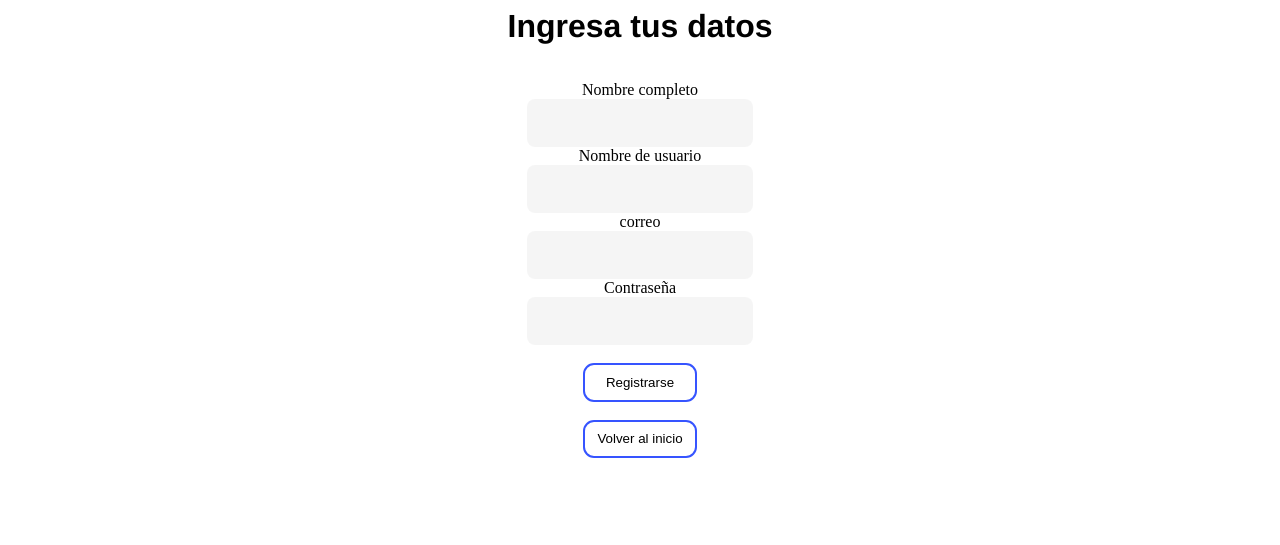
Repository: NighelG/Proyecto-de-verificacion-de-asistencia
Page: ProyectoAsistencia/public/pages/registro.html
These files come from the project's save history. The page is drawn as it stood at one moment and after a run of saves; the edit follows.
The browser window is 1280 px wide. The pictures show the whole page.

Above is the page before, as saved 2025-08-27 18:40:18.
Console error: TypeError: Cannot read properties of null (reading 'addEventListener')

### ProyectoAsistencia/public/pages/registro.html
<!DOCTYPE html>
<html lang="en">
<head>
    <meta charset="UTF-8">
    <meta name="viewport" content="width=device-width, initial-scale=1.0">
    <title>registro</title>
</head>
<link rel="stylesheet" href="../css/index.css">
<body>
    <h1 class="text">Ingresa tus datos</h1>
    <br>
    <br>
        <div>
            <p class="text">Nombre completo</p>
            <label for="nombreReg"></label>
            <input class="input" id="nombreReg" type="text">
            <br>
            <p class="text">Nombre de usuario</p>
            <label for="userReg"></label>
            <input class="input" id="userReg" type="text">
            <br>
            <p class="text">correo</p>
            <label for="correoReg"></label>
            <input class="input" id="correoReg" type="email">
            <br>
            <p class="text">Contraseña</p>
            <label for="passwordReg"></label>
            <input class="input" id="passwordReg" type="password">
            <br><br>
            <div id="registroEspacio"></div>
            <button class="button" id="btnRegistro">Registrarse</button>
            <br><br>
            <a href="../pages/index.html">
                <button class="button">Volver al inicio</button>
            </a>
        </div>
</body>
<script type="module" src="../js/index.js"></script>
</html>

### ProyectoAsistencia/public/css/index.css
body{
    text-align: center;
    place-items: center;
}

.button {
    background-color: #ffffff00;
    color: #000000;
    width: 8.5em;
    height: 2.9em;
    border: #3654ff 0.2em solid;
    border-radius: 11px;
    text-align: center;
    transition: all 0.6s ease;
}

.button:hover {
    background-color: #3654ff;
    cursor: pointer;
}

.button svg {
    width: 1.6em;
    margin: -0.2em 0.8em 1em;
    position: absolute;
    display: flex;
    transition: all 0.6s ease;
}

    .button:hover svg {
    transform: translateX(5px);
}

.text {
    margin: 0 1.5em
}

.input {
    max-width: 190px;
    height: 44px;
    background-color: #05060f0a;
    border-radius: .5rem;
    padding: 0 1rem;
    border: 2px solid transparent;
    font-size: 1rem;
    transition: border-color .3s cubic-bezier(.25,.01,.25,1) 0s, color .3s cubic-bezier(.25,.01,.25,1) 0s,background .2s cubic-bezier(.25,.01,.25,1) 0s;
}

.label {
    display: block;
    margin-bottom: .3rem;
    font-size: .9rem;
    font-weight: bold;
    color: #05060f99;
    transition: color .3s cubic-bezier(.25,.01,.25,1) 0s;
}

.input:hover, .input:focus, .input-group:hover .input {
    outline: none;
    border-color: #05060f;
}

.input-group:hover .label, .input:focus {
    color: #05060fc2;
}

h1{
    font-family: 'Franklin Gothic Medium';
}
h2{
    font-family: 'Franklin Gothic Medium';
}

### ProyectoAsistencia/public/js/index.js

import { postEstudiantes,getEstudiantes } from "../services/servicesUser.js";

//Invocaciones-Registro
const nombreCompleto=document.getElementById("nombreReg");
const nombreUsuario=document.getElementById("userReg");
const correoRegistro=document.getElementById("correoReg");
const passwordRegistro=document.getElementById("passwordReg");
const btnRegistro=document.getElementById("btnRegistro");
const registroEspacio=document.getElementById("registroEspacio")
//Invocaciones-Login
const inputUsuario=document.getElementById("user");
const inputPassword=document.getElementById("password");
const btnLogin=document.getElementById("btnLogin");

//Zona de registro inicio
btnRegistro.addEventListener("click", async function () {
    const estudianteInfo={
        completeName: nombreCompleto.value,
        userName: nombreUsuario.value,
        email: correoRegistro.value,
        passwordRegister: passwordRegistro.value,
    }
        //respuesta negativa
        if(!estudianteInfo.completeName||!estudianteInfo.userName||!estudianteInfo.email||!estudianteInfo.passwordRegister){
            const respuestaA=document.createElement("h2");
            respuestaA.textContent="Por favor, llenar todos los espacios para continuar";
            respuestaA.style.color="red";
            registroEspacio.appendChild(respuestaA);
            return;
        }
        else{
            const respuestaB=document.createElement("h2");
            respuestaB.textContent="Registro completo";
            respuestaB.style.color="green";
            registroEspacio.appendChild(respuestaB);
        }
    const confirmarRespuesta = await postEstudiantes(estudianteInfo);
    console.log(confirmarRespuesta);
})

//Zona de registro fin

//https://youtu.be/2SUwOgmvzK4?list=RDCSD2J8yaMmM

//Zona de login inicio
btnLogin.addEventListener("click", async function () {

})


//Zona de login fin

### ProyectoAsistencia/public/services/servicesUser.js
// GET
async function getEstudiantes() {
    try {
        const response = await fetch('http://localhost:3001/estudiantes',{
            method:'GET',
            headers:{
                'Content-Type': 'application/json'
            }
        })
            const estudiante = await response.json()
            return estudiante
    } catch (error) {
        console.error("ERROR, algo salio mal al obtener la informacion del estudiante",error);
        throw error
    }
}
export{getEstudiantes}
//POST
async function postEstudiantes(estudiantes) {
    try {
        const response = await fetch('http://localhost:3001/estudiantes',{
            method:'POST',
            headers:{
                'Content-Type': 'application/json'
            },
            body:JSON.stringify(estudiantes)
        })
            const estudianteData = await response.json()
            return estudianteData
    } catch (error) {
        console.error("ERROR, no se pudo subir la informacion de estudiante",error);
        throw error
    }
}
export{postEstudiantes}

After the next 4 saves:
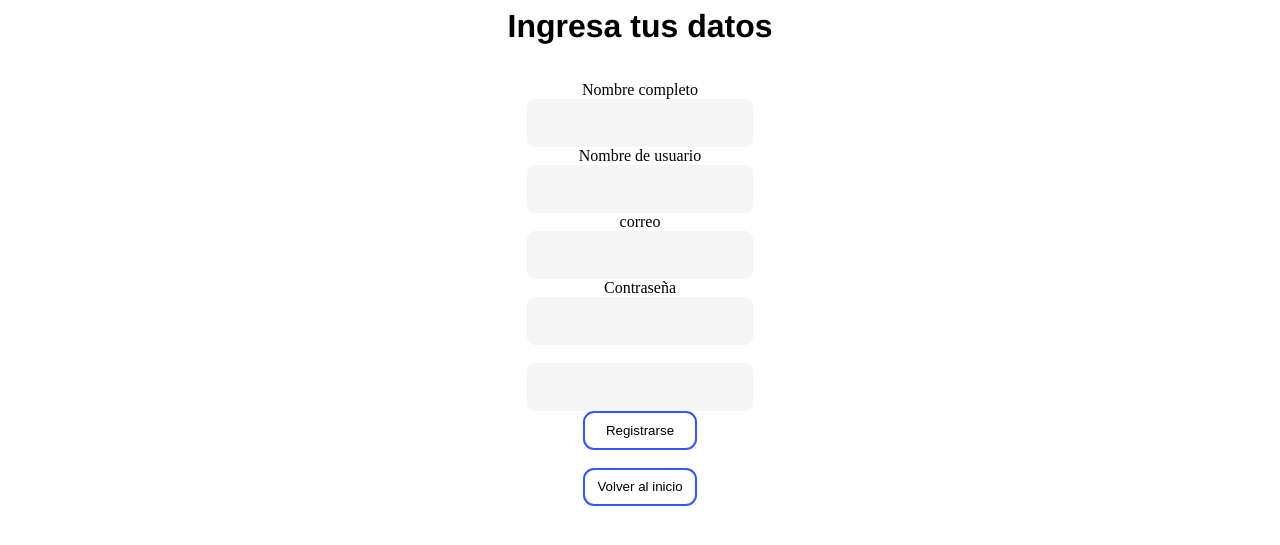
The 4 saves are shown as one change because they came seconds apart.
The last was saved 22 s later.
--- a/ProyectoAsistencia/public/pages/registro.html
+++ b/ProyectoAsistencia/public/pages/registro.html
@@ -27,7 +27,7 @@
             <label for="passwordReg"></label>
             <input class="input" id="passwordReg" type="password">
             <br><br>
-            <div id="registroEspacio"></div>
+            <div class="input" id="registroEspacio"></div>
             <button class="button" id="btnRegistro">Registrarse</button>
             <br><br>
             <a href="../pages/index.html">

After the save that followed:
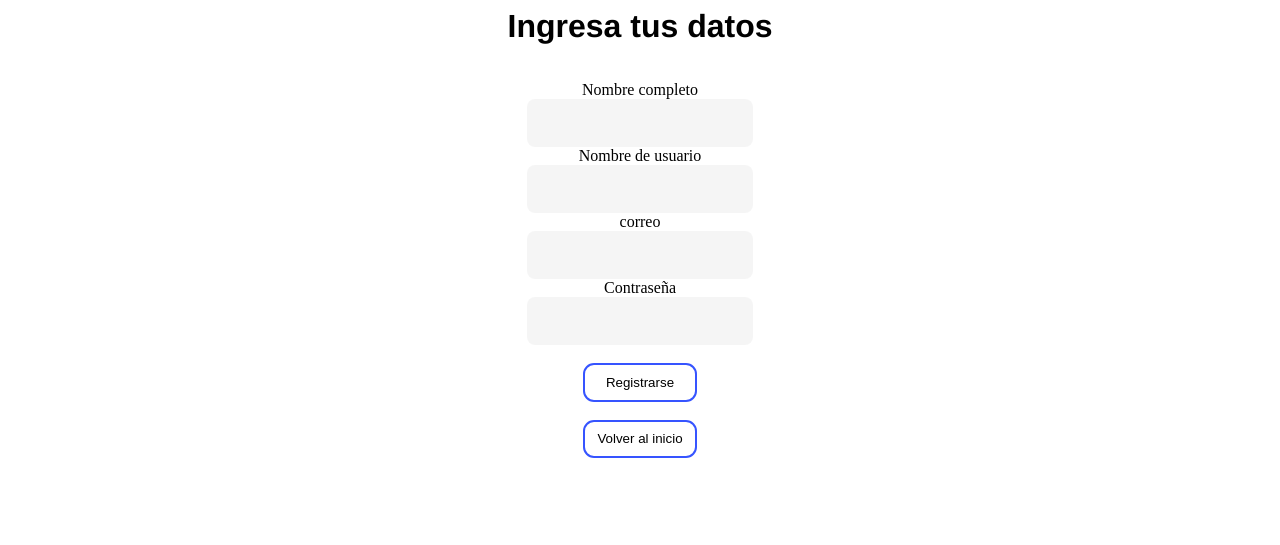
Saved 16 s later.
--- a/ProyectoAsistencia/public/pages/registro.html
+++ b/ProyectoAsistencia/public/pages/registro.html
@@ -27,7 +27,7 @@
             <label for="passwordReg"></label>
             <input class="input" id="passwordReg" type="password">
             <br><br>
-            <div class="input" id="registroEspacio"></div>
+            <div id="registroEspacio"></div>
             <button class="button" id="btnRegistro">Registrarse</button>
             <br><br>
             <a href="../pages/index.html">
